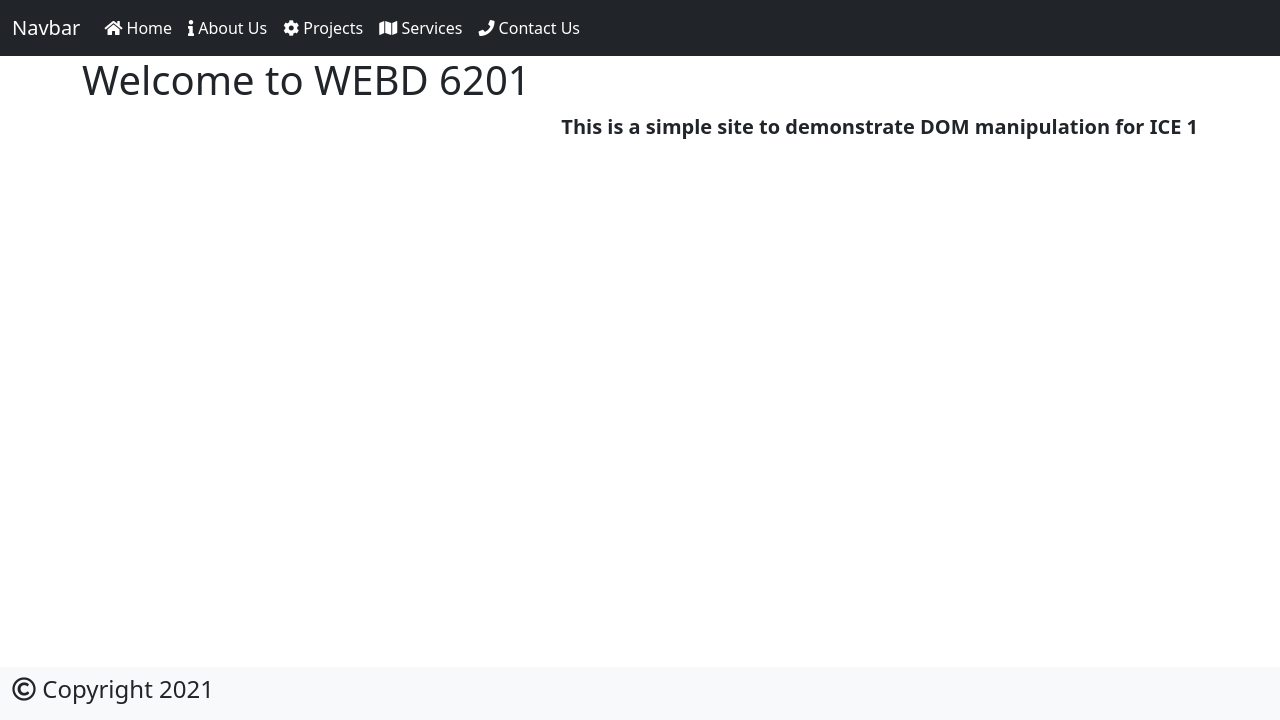
Repository: spencernewellevans/WEBD6201-ICE01
Page: index.html
These files come from the project's save history. The page is drawn as it stood at one moment and after the next save; the edit follows.
The browser window is 1280 px wide. The pictures show the whole page.

Above is the page before, as saved 2021-01-22 15:39:49.

After the next save:
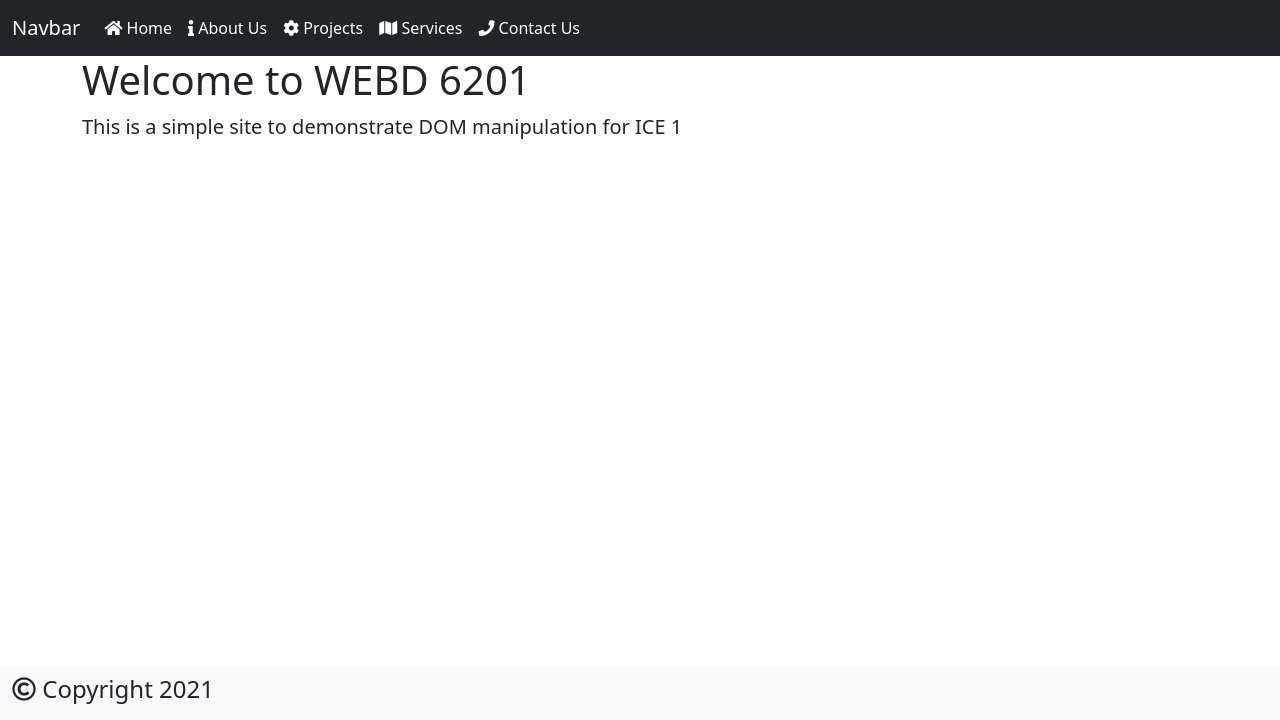
Saved 11 s later.
--- a/scripts/app.js
+++ b/scripts/app.js
@@ -18,7 +18,7 @@
         let paragraphOneElement = document.getElementById("paragraphOne");
 
         paragraphOneElement.textContent = paragraphOneText;
-        paragraphOneElement.className = "fs-5 fw-bold text-end"
+        paragraphOneElement.className = "fs-5"
     }
 
     window.addEventListener("load", Start);
